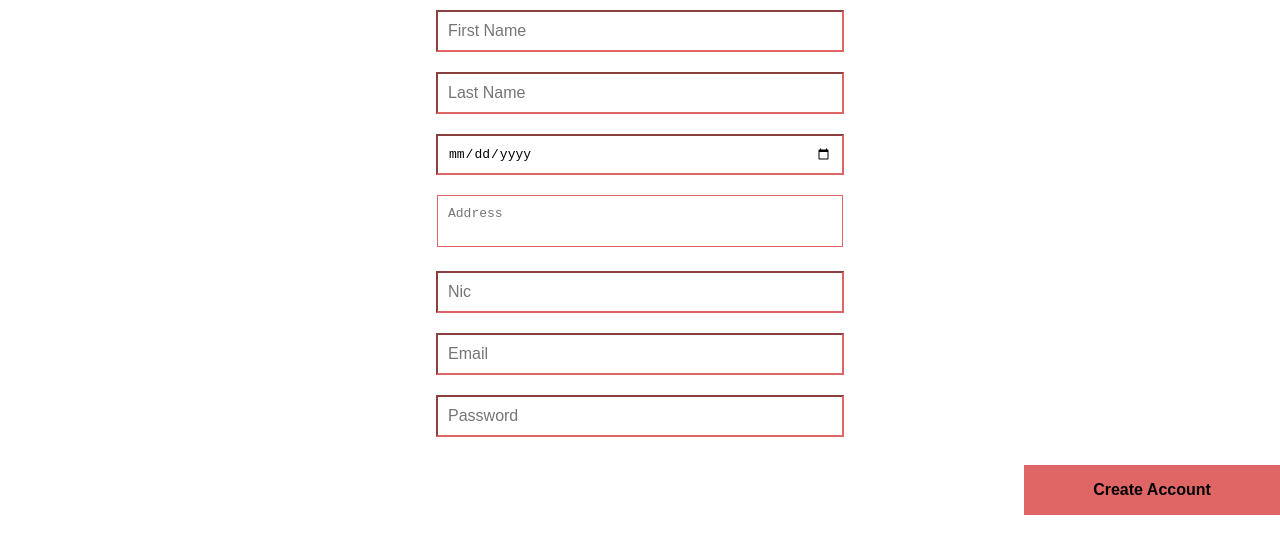
Repository: developerks611/loanweb
Page: http://localhost/loan-web/customerReg.jsp
The author's editor kept a copy of each file at every save. The page is drawn from the files as they stood at one save, then again after the next save.
The browser window is 1280 px wide. The pictures show the whole page.
The page is served by Tomcat 9.

Above is the page before, as saved 2023-03-10 11:53:58.

After the next save:
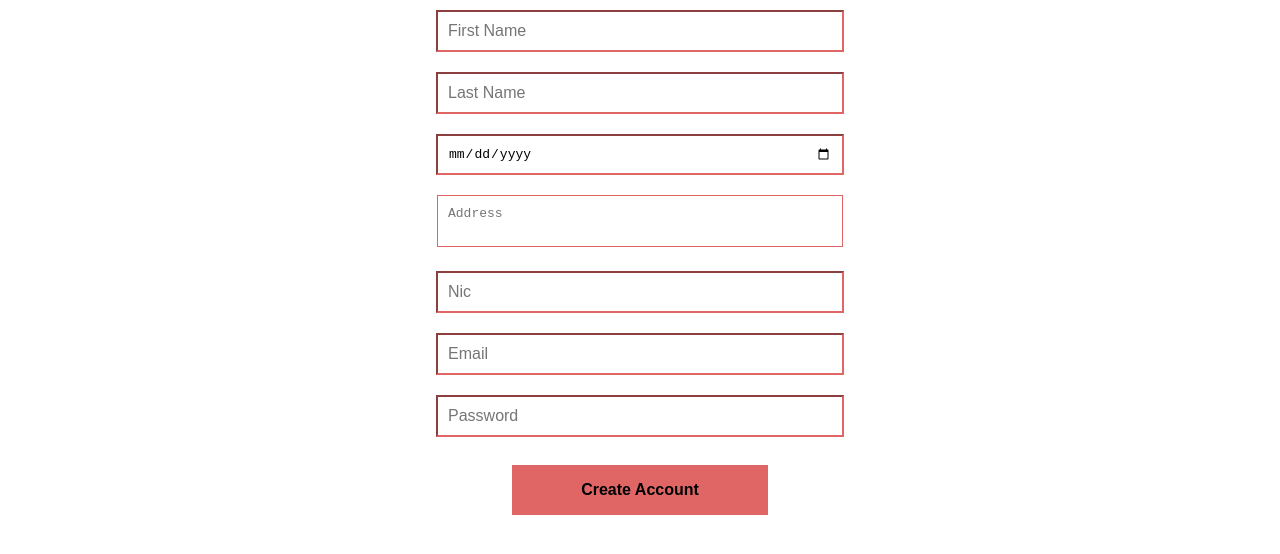
Saved 28 s later.
--- a/loan-web/src/main/webapp/customerReg.jsp
+++ b/loan-web/src/main/webapp/customerReg.jsp
@@ -112,9 +112,9 @@ nav a {
 <input type="email" name="email" placeholder="Email" required class="txt_input"><br>
 <input type="password" name="password" placeholder="Password" required class="txt_input"><br><br>
 <input type="hidden" name="action" value="addClient">
-<div  class="left" style="text-align:right;">
+
 <button type="submit" class="btn btn-success createAccount">Create Account</button>
-</div>
+
 </form>
 </div>
 <script>
